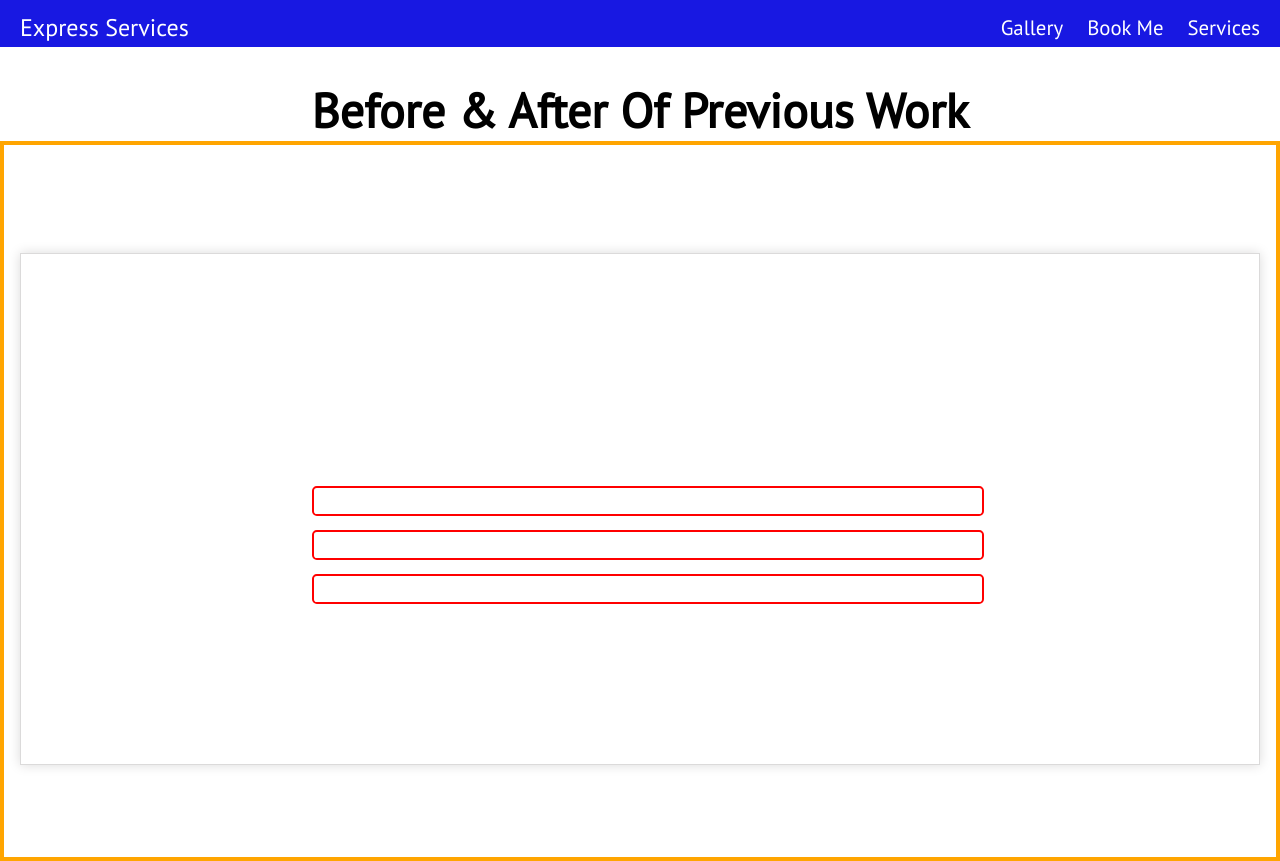
Repository: DrummerDee/mir-miami
Page: /Gallery (app in mr-miami/)
The author's editor kept a copy of each file at every save. The page is drawn from the files as they stood at one save, then again after a run of saves.
The browser window is 1280 px wide. The pictures show the whole page.
The project was rebuilt for these pictures with package versions that can differ from the ones it lists, and the page was loaded fresh each time. Also part of the build but not shown: mr-miami/src/Components/Services.js, mr-miami/src/Components/Homepage.js, mr-miami/src/Styles/Calendar.css, mr-miami/src/Components/Times.js, mr-miami/src/Components/Time.js, mr-miami/src/Components/BookMe.js.

Above is the page before, as saved 2022-09-09 13:26:11.

After the next 2 saves:
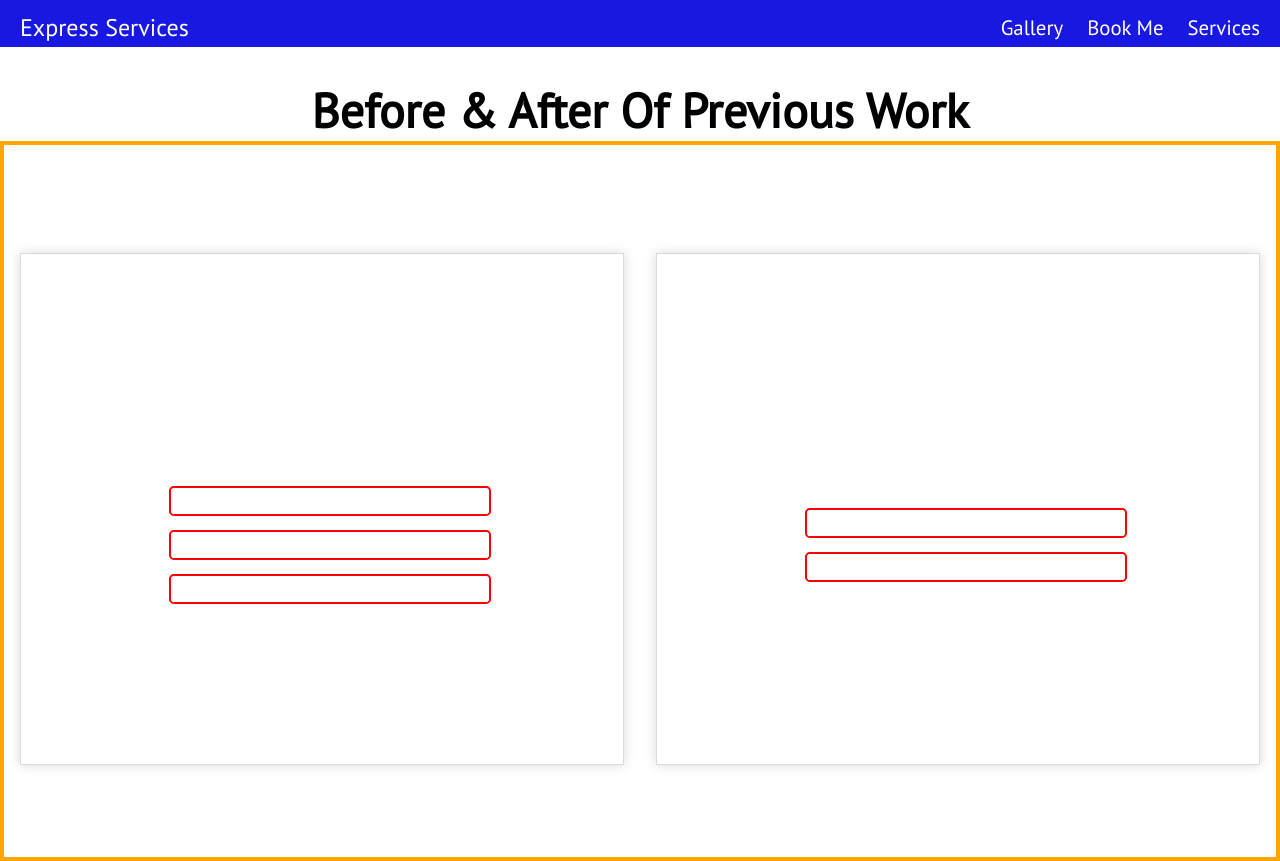
The 2 saves are shown as one change because 1 did not build or start.
The last was saved 76 s later.
--- a/mr-miami/src/Components/Gallery.js
+++ b/mr-miami/src/Components/Gallery.js
@@ -73,6 +73,44 @@ function Gallery() {
                 /> */}
             </div>
             </div>
+            <div className="container">
+                        <div className='frame'>
+                            {/* <LazyLoadImage
+                                src={sinkbefore}
+                                width={400}
+                                height={400}
+                                effect='blur'
+                                alt='broken sink'
+                                className="top"
+                            />
+                            <LazyLoadImage
+                                src={sinkafter}
+                                width={400}
+                                height={400}
+                                effect='blur'
+                                alt='broken sink'
+                                className="bottom"
+                            /> */}
+                        </div>
+                        <div className='frame'>
+                            {/* <LazyLoadImage
+                                src={doorbefore}
+                                width={400}
+                                height={400}
+                                effect='blur'
+                                alt='broken sink'
+                                className="top"
+                            />
+                            <LazyLoadImage
+                                src={doorafter}
+                                width={400}
+                                height={400}
+                                effect='blur'
+                                alt='broken sink'
+                                className="bottom"
+                            /> */}
+                        </div>
+                        </div>
                 </section>
             </main>
 
